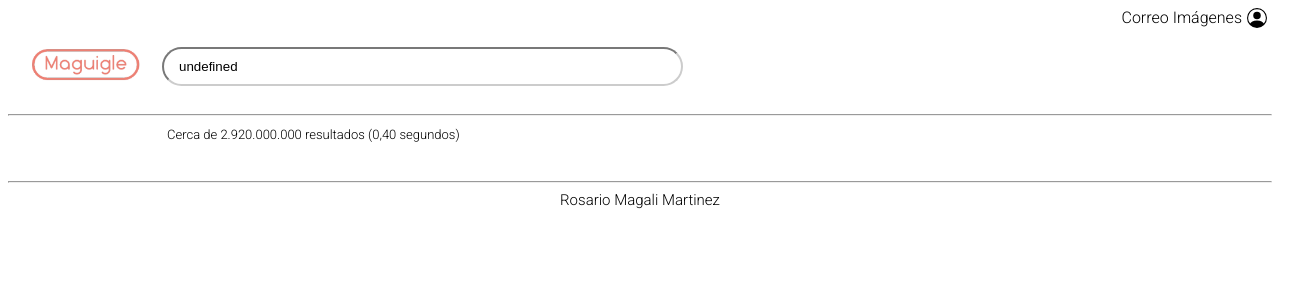
Repository: Rmmartinez/maguigle
Page: maguigle/src/main/resources/static/resultados.html
An editor plug-in stored every save of this project. The page is shown before and after the next save, followed by the edit.
The browser window is 1280 px wide. The page is 1280 px wide, then 1301 px, so the pictures cover 1301 px, including what lies to the right of the window. The pictures show the whole page.
The page's requests for data from a server got no answer.

Above is the page before, as saved 2023-07-30 20:09:10.

### maguigle/src/main/resources/static/resultados.html
<!DOCTYPE html>
<html lang="en">
<head>
    <meta charset="UTF-8">
    <meta http-equiv="X-UA-Compatible" content="IE=edge">
    <meta name="viewport" content="width=device-width, initial-scale=1.0">
    <title>Maguigle</title>
    <link rel = "stylesheet" href="style.css"/>
    <link rel="preconnect" href="https://fonts.googleapis.com">
<link rel="preconnect" href="https://fonts.gstatic.com" crossorigin>
<link href="https://fonts.googleapis.com/css2?family=Roboto:wght@300&display=swap" rel="stylesheet">
</head>
<body>
    <div id = "main-resultados">
    <div style="text-align: right; padding-right:30px;">
		<span>
			Correo
		</span>
		<span>
			Imágenes
		</span>
		<span style="position: absolute; top: 7.5px; margin-left: 5px;">
			<svg xmlns="http://www.w3.org/2000/svg" width="20" height="20" fill="currentColor" class="bi bi-person-circle" viewBox="0 0 16 16">
			  <path d="M11 6a3 3 0 1 1-6 0 3 3 0 0 1 6 0z"/>
			  <path fill-rule="evenodd" d="M0 8a8 8 0 1 1 16 0A8 8 0 0 1 0 8zm8-7a7 7 0 0 0-5.468 11.37C3.242 11.226 4.805 10 8 10s4.757 1.225 5.468 2.37A7 7 0 0 0 8 1z"/>
			</svg>
		</span>
	</div>
        <img id = "logo-resultados" src="img/logo.png"/>
        <input id = "buscador-resultados" type="text"/>

        <hr/>
        <div id="resultados">
            <span class="total-resultados">
                Cerca de 2.920.000.000 resultados (0,40 segundos)
            </span>
            <div id = "links">

            </div>
        </div>
        <hr/>


    </div>
    <div class="footer">
    	<span>
           Rosario Magali Martinez
        </span>
    </div>

<script>
    let aux = document.location.href.split('?query=');
    let query = aux[1];
    document.getElementById("buscador-resultados").value = query;

    fetch('http://localhost:8080/api/search?query='+query)
    .then(response => response.json())
    .then(json =>{
        console.log(json);
        let html = '';
        for(let resultadoBusqueda of json){
            html += getResultados(resultadoBusqueda);
        }
        document.getElementById("links").outerHTML = html;
    });

    function getResultados(resultadoBusqueda){

        return `<div class="resultado">
                <h3><a href="${resultadoBusqueda.url}">${resultadoBusqueda.title}</a></h3>
                <span>${resultadoBusqueda.description}</span>
            </div>`;
    }
</script>

</body>
</html>

### maguigle/src/main/resources/static/style.css
body{
    font-family: 'Roboto', sans-serif;
}


#main{
    width: 500px;
    margin: auto;
    text-align: center;
}


#main-resultados{
    margin: auto;
}

#logo{
    width:300px;
    padding-top: 30px;
}

#logo-resultados{
    width:110px;
    position: absolute;
    left: 30px;
    top: 46px;
}

.buscador{
    width: 100%;
    margin: 20px 0px;
    height: 33px;
    border-radius: 25px;
    border-color: #CCC;
    padding-left: 15px;
}

input {
  width: 100%;
  margin: 20px 0px;
  height: 33px;
  border-radius: 25px;
  border-color: #CCC;
  padding-left: 15px;
}

#buscador-resultados{
    width: 500px;
    margin: 20px 0px;
    margin-left: 154px;
    height: 33px;
    border-radius: 25px;
    border-color: #CCC;
    padding-left: 15px;
}

button{
    padding: 7px 15px;
}


#resultados{
    max-width: 600px;
    margin-left: 159px;
    padding-bottom: 30px;
}

.resultado h3{
    color: #0272d3;
    margin-bottom: 4px;

}

.total-resultados{
    font-size: 13px;
}

.footer{
	font-size: 15px;
	text-align: center;
}

After the next save:
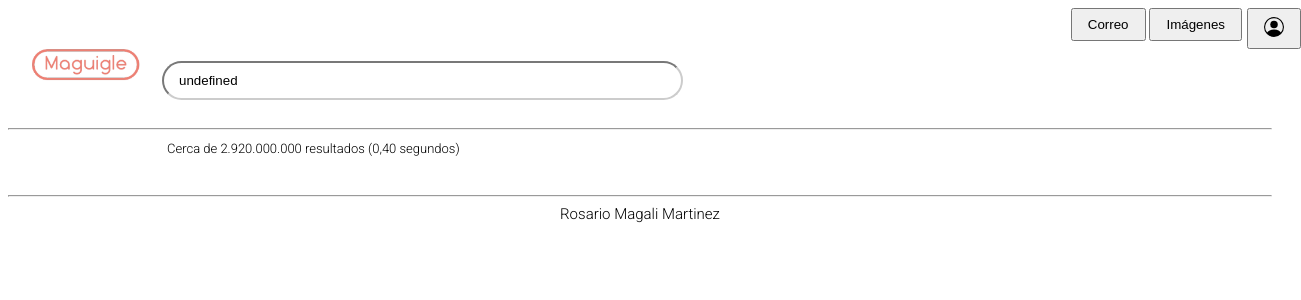
Saved 18 h 17 min later.
--- a/maguigle/src/main/resources/static/resultados.html
+++ b/maguigle/src/main/resources/static/resultados.html
@@ -14,16 +14,18 @@
     <div id = "main-resultados">
     <div style="text-align: right; padding-right:30px;">
 		<span>
-			Correo
+			<button onclick= document.location.href = ""https://mail.google.com/">Correo</button>
 		</span>
 		<span>
-			Imágenes
+			<button>Imágenes</button>
 		</span>
 		<span style="position: absolute; top: 7.5px; margin-left: 5px;">
-			<svg xmlns="http://www.w3.org/2000/svg" width="20" height="20" fill="currentColor" class="bi bi-person-circle" viewBox="0 0 16 16">
-			  <path d="M11 6a3 3 0 1 1-6 0 3 3 0 0 1 6 0z"/>
-			  <path fill-rule="evenodd" d="M0 8a8 8 0 1 1 16 0A8 8 0 0 1 0 8zm8-7a7 7 0 0 0-5.468 11.37C3.242 11.226 4.805 10 8 10s4.757 1.225 5.468 2.37A7 7 0 0 0 8 1z"/>
-			</svg>
+			<button>
+				<svg xmlns="http://www.w3.org/2000/svg" width="20" height="20" fill="currentColor" class="bi bi-person-circle" viewBox="0 0 16 16">
+				  <path d="M11 6a3 3 0 1 1-6 0 3 3 0 0 1 6 0z"/>
+				  <path fill-rule="evenodd" d="M0 8a8 8 0 1 1 16 0A8 8 0 0 1 0 8zm8-7a7 7 0 0 0-5.468 11.37C3.242 11.226 4.805 10 8 10s4.757 1.225 5.468 2.37A7 7 0 0 0 8 1z"/>
+				</svg>
+			</button>
 		</span>
 	</div>
         <img id = "logo-resultados" src="img/logo.png"/>
